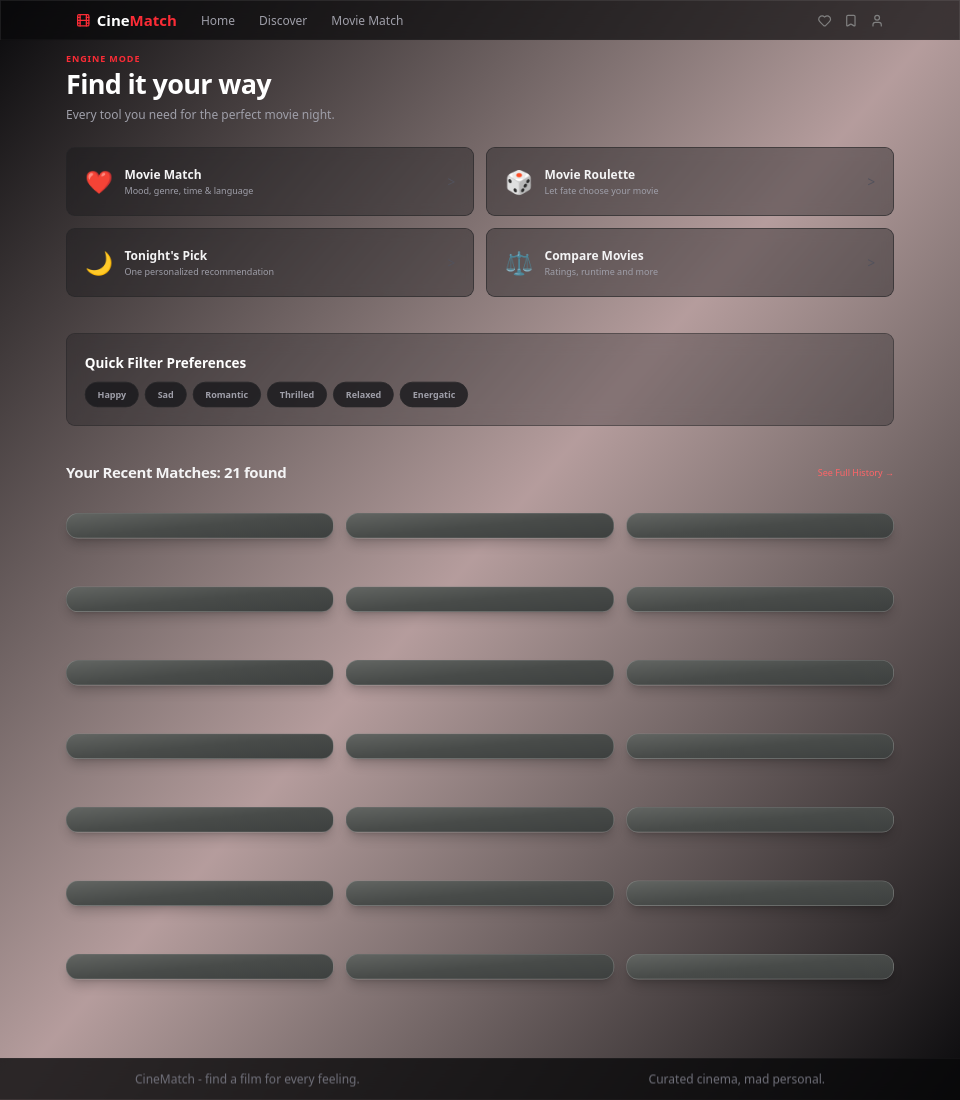
Repository: Mahak182005/CineMatch
Page: /match
The author's editor kept a copy of each file at every save. The page is drawn from the files as they stood at one save, then again after the next save.
The browser window is 1280 px wide. The pictures show the whole page, at 75% of full size.
The project was rebuilt for these pictures with package versions that can differ from the ones it lists, and the page was loaded fresh each time. Also part of the build but not shown: vite.config.js, src/Components/MovieCart.jsx, src/pages/Home.jsx, src/pages/Favorites.jsx, src/pages/Watchlist.jsx, src/pages/Profile.jsx, src/pages/Discover.jsx.

Above is the page before, as saved 2026-10-12 19:32:51.

After the next save:
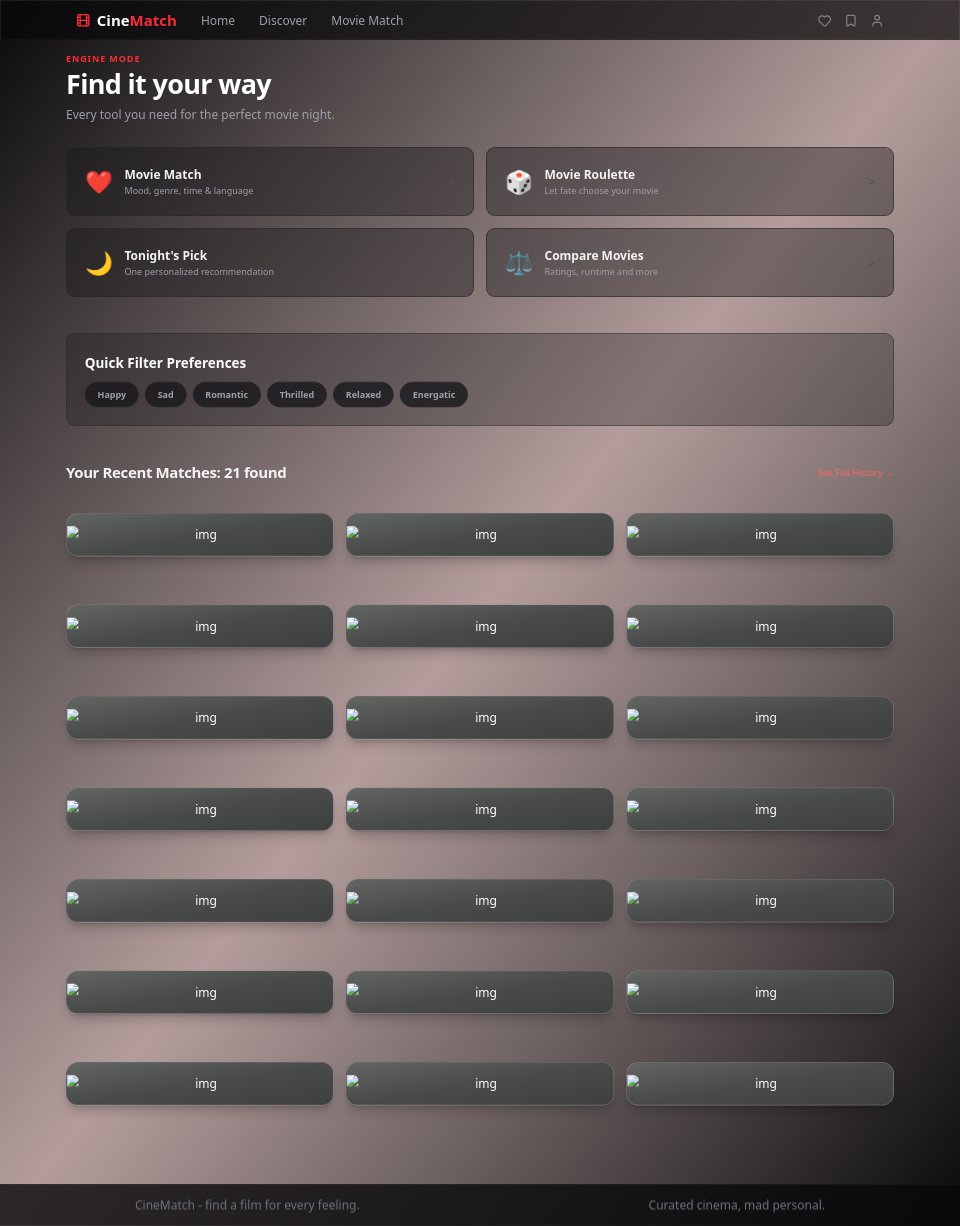
Saved 104 s later.
--- a/src/Components/Mood.jsx
+++ b/src/Components/Mood.jsx
@@ -2,7 +2,8 @@ export function Mood({text, image}){
     return(
         <>
             <div className="bg-gradient-to-br from-[#626562] via-[#484B49] to-[#3D403F] my-6 text-center py-4 border border-white/20 shadow-lg shadow-black/20 rounded-2xl duration-300 hover:shadow-xl hover:shadow-black/30 hover:-translate-y-1">
-                <span class="text-3xl">{image}</span>
+                {/* <span class="text-3xl">{image}</span> */}
+                <img src={image} alt="img" />
                 <p className="text-xl font-semibold">{text}</p>
             </div>
         </>
